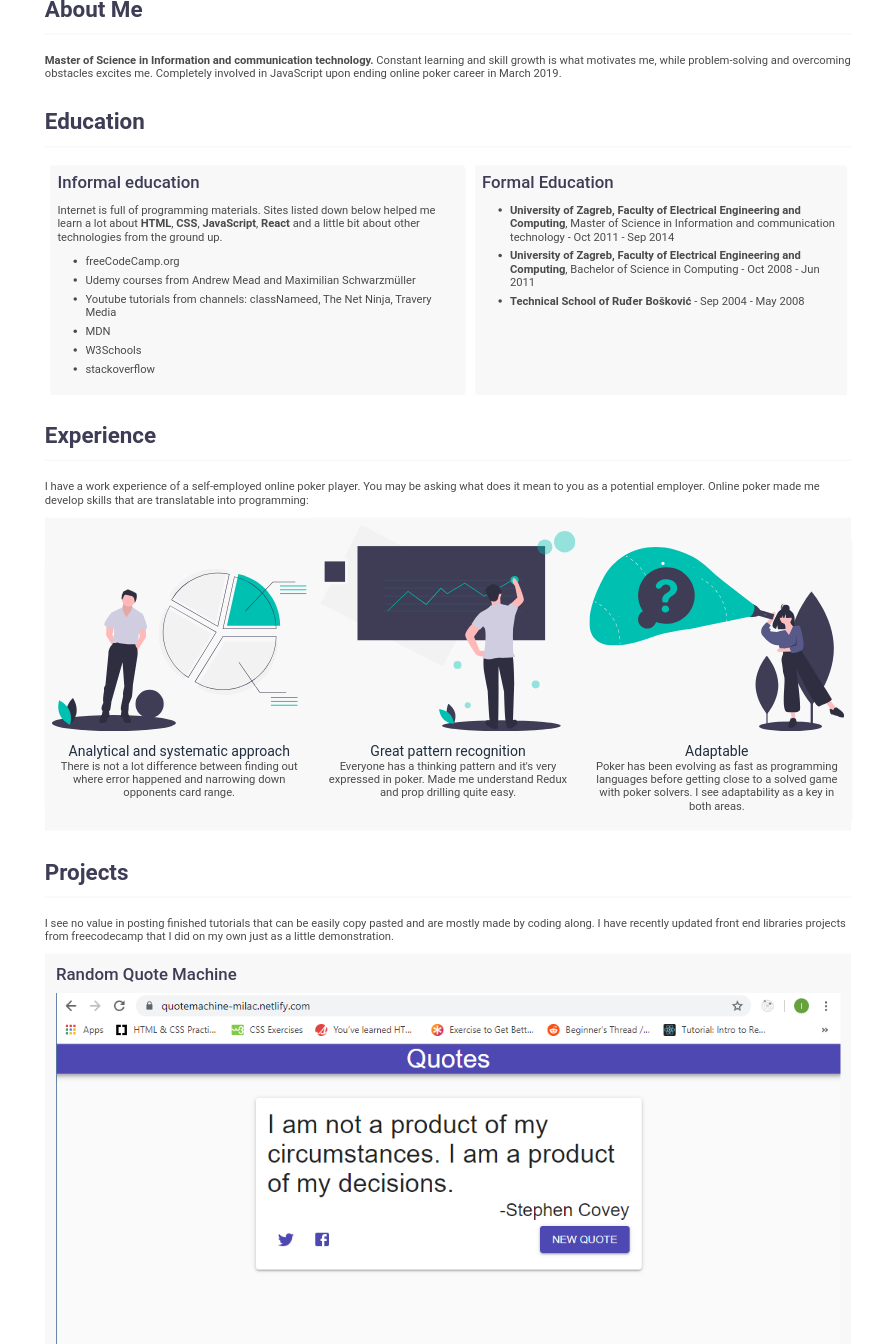
Repository: milac0/my-website
Page: /
These files come from the project's save history. The page is drawn as it stood at one moment and after the next save; the edit follows.
The browser window is 1280 px wide. The pictures show the part of the page from y = 471 to 2391 px (the page is 6629 px tall before and 6645 px after), at 70% of full size.
The project was rebuilt for these pictures with package versions that can differ from the ones it lists, and the page was loaded fresh each time. Also part of the build but not shown: src/components/formContact.module.css, src/components/FormContact.js, src/pages/contact.module.css, src/pages/Contact.js. Imported but missing from the stored project, and not drawn on this page: src/resume.pdf.

Above is the page before, as saved 2019-10-24 21:17:52.

After the next save:
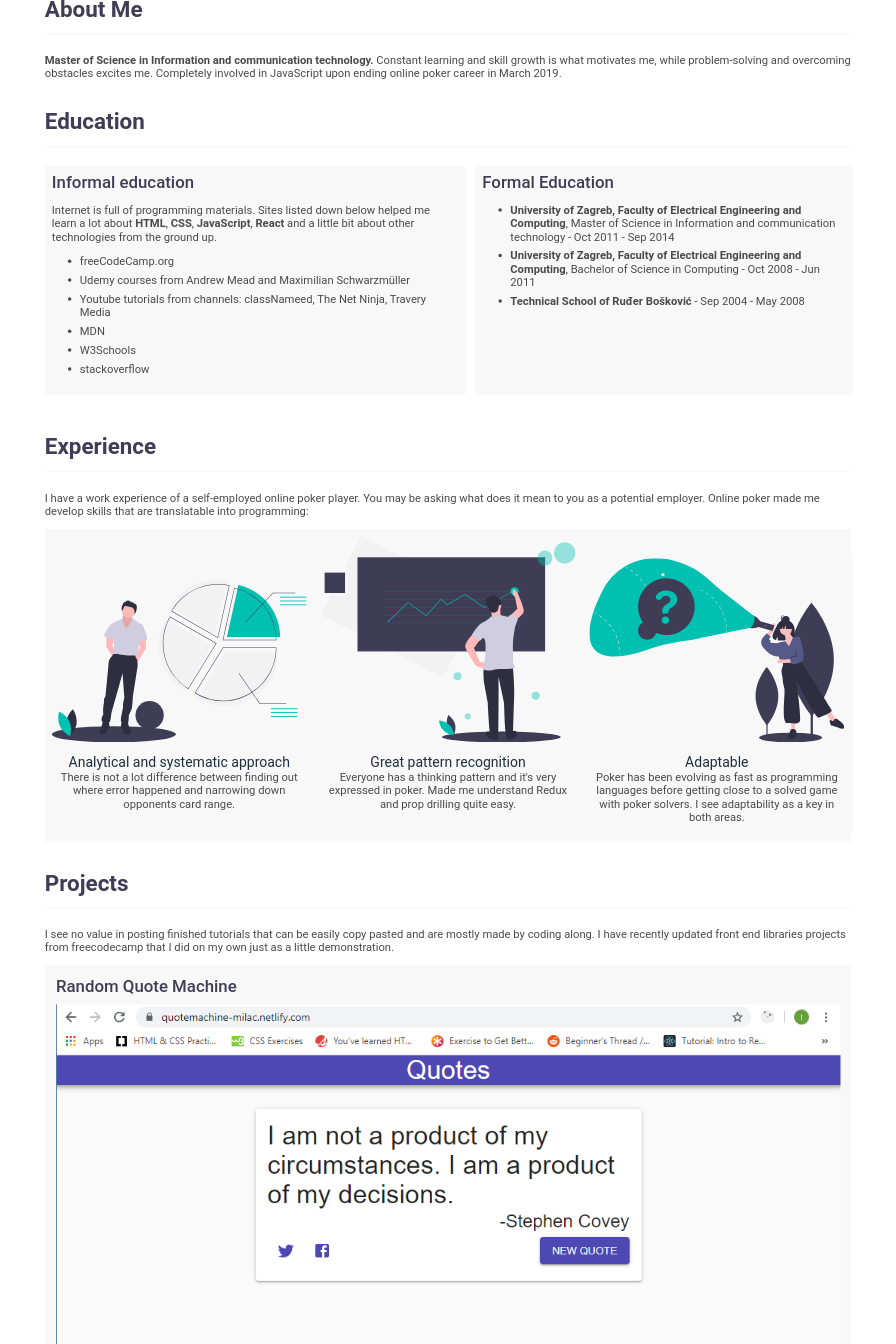
Saved 96 s later.
--- a/src/index.css
+++ b/src/index.css
@@ -253,8 +253,12 @@ footer {
     justify-content: space-between;
   }
 
-  .article-education {
-    margin: 0 0.5em;
+  .education-one {
+    margin-right: 0.5em;
+  }
+
+  .education-two {
+    margin-left: 0.5em;
   }
 
   .section-skills {
